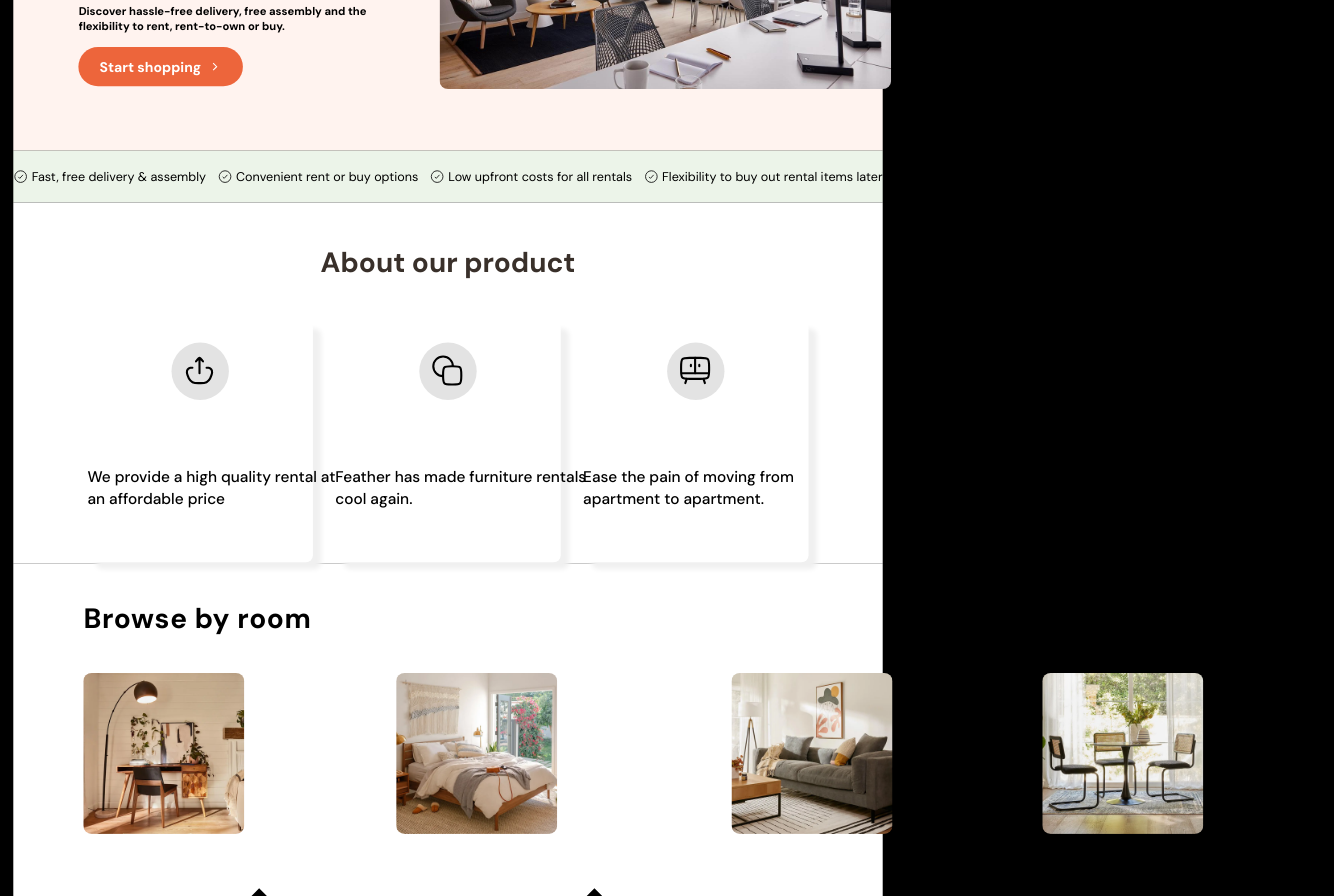
Repository: noman-source/Furniture-website
Page: index.html
An editor plug-in stored every save of this project. The page is shown before and after the next save, followed by the edit.
The browser window is 1280 px wide. The page is 1905 px wide, so the pictures cover 1905 px, including what lies to the right of the window. The pictures show the part of the page from y = 446 to 1726 px (the page is 4311 px tall), at 70% of full size.

Above is the page before, as saved 2025-07-04 12:57:07.

After the next save:
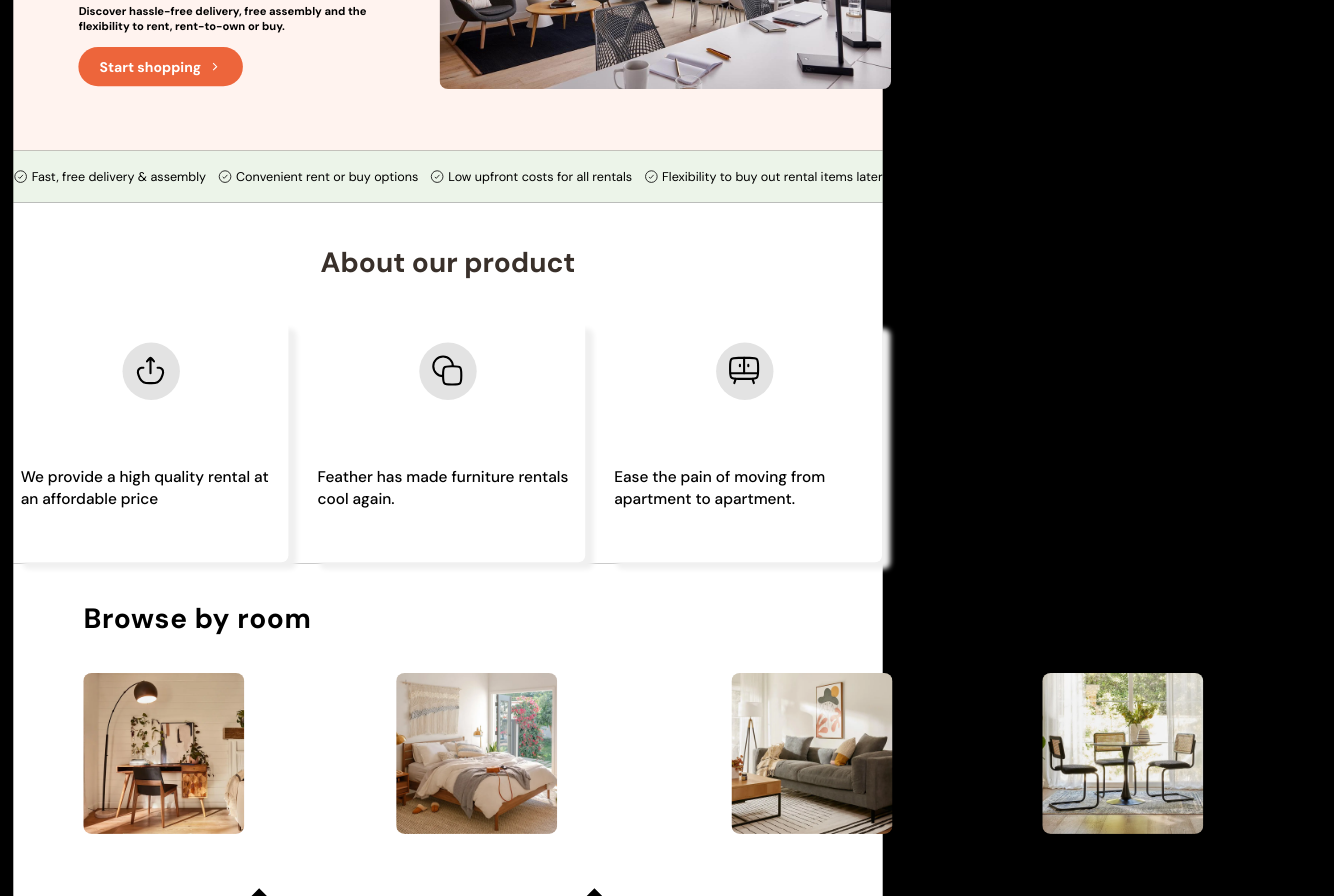
Saved 16 s later.
--- a/style.css
+++ b/style.css
@@ -194,7 +194,7 @@
 }
 
 .section3-content .box {
-    width: 322px;
+    width: 392px;
     border-radius: 10px;
     height: 344px;
     display: flex;
